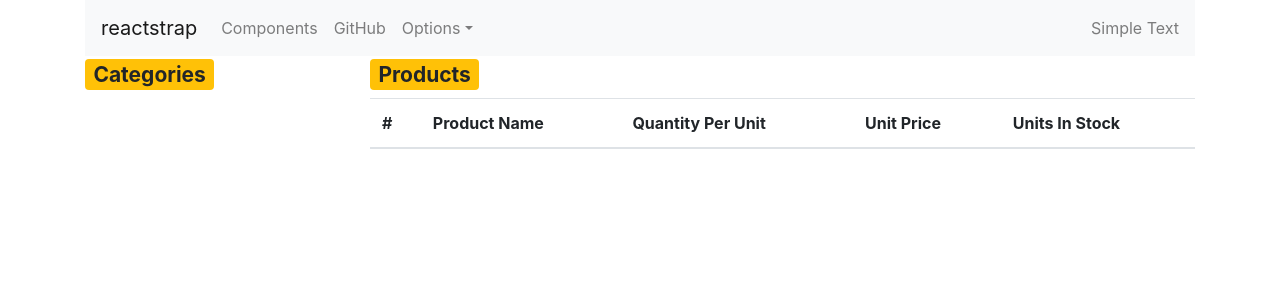
Repository: asarikaya/redux_try_app
Page: /products
An editor plug-in stored every save of this project. The page is shown before and after the next save, followed by the edit.
The browser window is 1280 px wide. The pictures show the whole page.
The page's requests for data from a server got no answer. The project was rebuilt for these pictures with package versions that can differ from the ones it lists, and the page was loaded fresh each time. No one was signed in, and anything a server would have sent is missing.

Above is the page before, as saved 2020-02-28 13:57:14.

### src/index.js
import React from 'react';
import ReactDOM from 'react-dom';
import App from './components/root/App';
import * as serviceWorker from './serviceWorker';
import 'bootstrap/dist/css/bootstrap.min.css';
import {Provider} from "react-redux"
import configureStore from "./redux/reducers/configureStore"

const store = configureStore();

ReactDOM.render(<Provider store={store}><App /></Provider>, document.getElementById('root'));

// If you want your app to work offline and load faster, you can change
// unregister() to register() below. Note this comes with some pitfalls.
// Learn more about service workers: https://bit.ly/CRA-PWA
serviceWorker.unregister();

### src/components/root/App.js
import React from 'react';
import { Container } from 'reactstrap';
import Navi from "../navi/Navi"
import Dashboard from './Dashboard';

function App() {
  return (
    <Container>
      <Navi/>
      <Dashboard/>
    </Container>
  );
}

export default App;

### src/redux/reducers/configureStore.js
import {createStore,applyMiddleware} from "redux"
import rootReducer from "./index"
import thunk from "redux-thunk"

export default function configureStore(){
    return createStore(rootReducer,applyMiddleware(thunk));
}

### src/components/navi/Navi.js
import React, { Component } from "react";
import {
  Collapse,
  Navbar,
  NavbarToggler,
  NavbarBrand,
  Nav,
  NavItem,
  NavLink,
  UncontrolledDropdown,
  DropdownToggle,
  DropdownMenu,
  DropdownItem,
  NavbarText
} from "reactstrap";

export default class Navi extends Component {
  render() {
    return (
      <div>
        <Navbar color="light" light expand="md">
          <NavbarBrand href="/">reactstrap</NavbarBrand>
          <NavbarToggler />
          <Collapse navbar>
            <Nav className="mr-auto" navbar>
              <NavItem>
                <NavLink href="/components/">Components</NavLink>
              </NavItem>
              <NavItem>
                <NavLink href="https://github.com/reactstrap/reactstrap">
                  GitHub
                </NavLink>
              </NavItem>
              <UncontrolledDropdown nav inNavbar>
                <DropdownToggle nav caret>
                  Options
                </DropdownToggle>
                <DropdownMenu right>
                  <DropdownItem>Option 1</DropdownItem>
                  <DropdownItem>Option 2</DropdownItem>
                  <DropdownItem divider />
                  <DropdownItem>Reset</DropdownItem>
                </DropdownMenu>
              </UncontrolledDropdown>
            </Nav>
            <NavbarText>Simple Text</NavbarText>
          </Collapse>
        </Navbar>
      </div>
    );
  }
}

### src/components/root/Dashboard.js
import React, { Component } from 'react'
import { Row, Col } from 'reactstrap'
import CategoryList from "../categories/CategoryList"
import ProductList from "../products/ProductList"

export default class Dashboard extends Component {
    render() {
        return (
            <div>
                <Row>
                    <Col xs="3">
                        <CategoryList/>
                    </Col>
                    <Col xs="9">
                        <ProductList/>
                    </Col>
                </Row>
            </div>
        )
    }
}

### src/redux/reducers/index.js
import {combineReducers} from "redux"
import changeCategoryReducer from "./changeCategoryReducer"
import categoryListReducer from "./categoryListReducer"
import productListReducer from "./productListReducer"

const rootReducer = combineReducers({
    changeCategoryReducer,
    categoryListReducer,
    productListReducer
})

export default rootReducer;

### src/components/categories/CategoryList.js
import React, { Component } from "react";
import { connect } from "react-redux";
import { bindActionCreators } from "redux";
import * as categoryActions from "../../redux/actions/categoryActions";
import { ListGroup, ListGroupItem, Badge } from "reactstrap";

class CategoryList extends Component {
  componentDidMount() {
    this.props.actions.getCategories();
  }

  selectCategory = category => {
    this.props.actions.changeCategory(category);
  };

  render() {
    return (
      <div>
        <h3>
          <Badge color="warning">Categories</Badge>
        </h3>
        <ListGroup>
          {this.props.categories.map(category => (
            <ListGroupItem
              active={category.id === this.props.currentCategory.id}
              key={category.id}
              onClick={() => this.selectCategory(category)}
            >
              {category.categoryName}
            </ListGroupItem>
          ))}
        </ListGroup>
      </div>
    );
  }
}

function mapStateToProps(state) {
  return {
    currentCategory: state.changeCategoryReducer,
    categories: state.categoryListReducer
  };
}

function mapDispatchToProps(dispatch) {
  return {
    actions: {
      getCategories: bindActionCreators(
        categoryActions.getCategories,
        dispatch
      ),
      changeCategory: bindActionCreators(
        categoryActions.changeCategory,
        dispatch
      )
    }
  };
}

export default connect(mapStateToProps, mapDispatchToProps)(CategoryList);

### src/components/products/ProductList.js
import React, { Component } from "react";
import { connect } from "react-redux";
import { Badge, Table } from "reactstrap";
import { bindActionCreators } from "redux";
import * as productActions from "../../redux/actions/productActions";

class ProductList extends Component {
  componentDidMount() {
    this.props.actions.getProducts();
  }

  render() {
    return (
      <div>
        <h3>
          <Badge color="warning">Products</Badge>
          <Badge color="success">
            {this.props.currentCategory.categoryName}
          </Badge>
        </h3>
        <Table>
          <thead>
            <tr>
              <th>#</th>
              <th>Product Name</th>
              <th>Quantity Per Unit</th>
              <th>Unit Price</th>
              <th>Units In Stock</th>
            </tr>
          </thead>
          <tbody>
            {this.props.products.map(product => (
              <tr key={product.id}>
                <th scope="row">{product.id}</th>
                <td>{product.productName}</td>
                <td>{product.quantityPerUnit}</td>
                <td>{product.unitPrice}</td>
                <td>{product.unitsInStock}</td>
              </tr>
            ))}
          </tbody>
        </Table>
      </div>
    );
  }
}

function mapStateToProps(state) {
  return {
    currentCategory: state.changeCategoryReducer,
    products: state.productListReducer
  };
}

function mapDispatchToProps(dispatch) {
  return {
    actions: {
      getProducts: bindActionCreators(productActions.getProducts, dispatch)
    }
  };
}

export default connect(mapStateToProps, mapDispatchToProps)(ProductList);

### src/redux/reducers/changeCategoryReducer.js
import * as actionTypes from "../actions/actionTypes"
import initialState from "./initialState";

export default function changeCategoryReducer(state=initialState.currentCategory,action){
    switch (action.type) {
        case actionTypes.CHANGE_CATEGORY:
            return action.payload;
        default:
            return state;
    }
}

### src/redux/reducers/categoryListReducer.js
import * as actionTypes from "../actions/actionTypes"
import initialState from "./initialState";

export default function changeCategoryReducer(state=initialState.categories,action){
    switch (action.type) {
        case actionTypes.GET_CATEGORIES_SUCCESS:
            return action.payload;
        default:
            return state;
    }
}

### src/redux/reducers/productListReducer.js
import * as actionTypes from "../actions/actionTypes"
import initialState from "./initialState";

export default function productListReducer(state=initialState.products,action){
    switch (action.type) {
        case actionTypes.GET_PRODUCTS_SUCCESS:
            return action.payload;
        default:
            return state;
    }
}

### src/redux/actions/categoryActions.js
import * as actionTypes from "./actionTypes";

export function changeCategory(category) {
  return { type: actionTypes.CHANGE_CATEGORY, payload: category };
}

export function getCategoriesSuccess(categories){
    return { type: actionTypes.GET_CATEGORIES_SUCCESS, payload: categories };
}

export function getCategories() {
  return function(dispatch) {
    let url = "http://localhost:3000/categories";
    return fetch(url)
      .then(response => response.json())
      .then(result => dispatch(getCategoriesSuccess(result)));
  };
}

### src/redux/actions/productActions.js
import * as actionTypes from "./actionTypes"

export function getProductsSuccess(products){
    return { type: actionTypes.GET_PRODUCTS_SUCCESS, payload: products };
}

export function getProducts() {
  return function(dispatch) {
    let url = "http://localhost:3000/products";
    return fetch(url)
      .then(response => response.json())
      .then(result => dispatch(getProductsSuccess(result)));
  };
}

### src/redux/actions/actionTypes.js
export const CHANGE_CATEGORY = "CHANGE_CATEGORY"
export const GET_CATEGORIES_SUCCESS = "GET_CATEGORIES_SUCCESS"
export const GET_PRODUCTS_SUCCESS="GET_PRODUCTS_SUCCESS"

### src/redux/reducers/initialState.js
export default {
  currentCategory: {},
  categories: [],
  products: []
};

Loaded but not shown: public/index.html (common file); src/serviceWorker.js (common file)

After the next save:
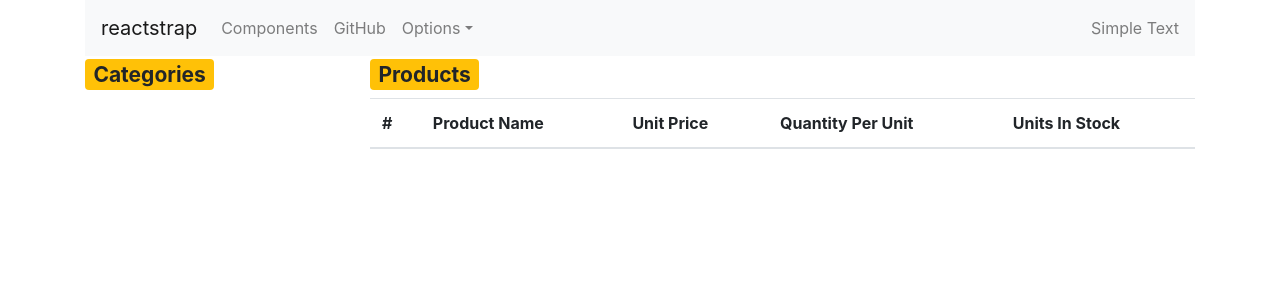
Saved 2 min 13 s later.
--- a/src/components/products/ProductList.js
+++ b/src/components/products/ProductList.js
@@ -23,8 +23,8 @@ class ProductList extends Component {
             <tr>
               <th>#</th>
               <th>Product Name</th>
+              <th>Unit Price</th>
               <th>Quantity Per Unit</th>
-              <th>Unit Price</th>
               <th>Units In Stock</th>
             </tr>
           </thead>
@@ -33,8 +33,8 @@ class ProductList extends Component {
               <tr key={product.id}>
                 <th scope="row">{product.id}</th>
                 <td>{product.productName}</td>
+                <td>{product.unitPrice}</td>
                 <td>{product.quantityPerUnit}</td>
-                <td>{product.unitPrice}</td>
                 <td>{product.unitsInStock}</td>
               </tr>
             ))}
